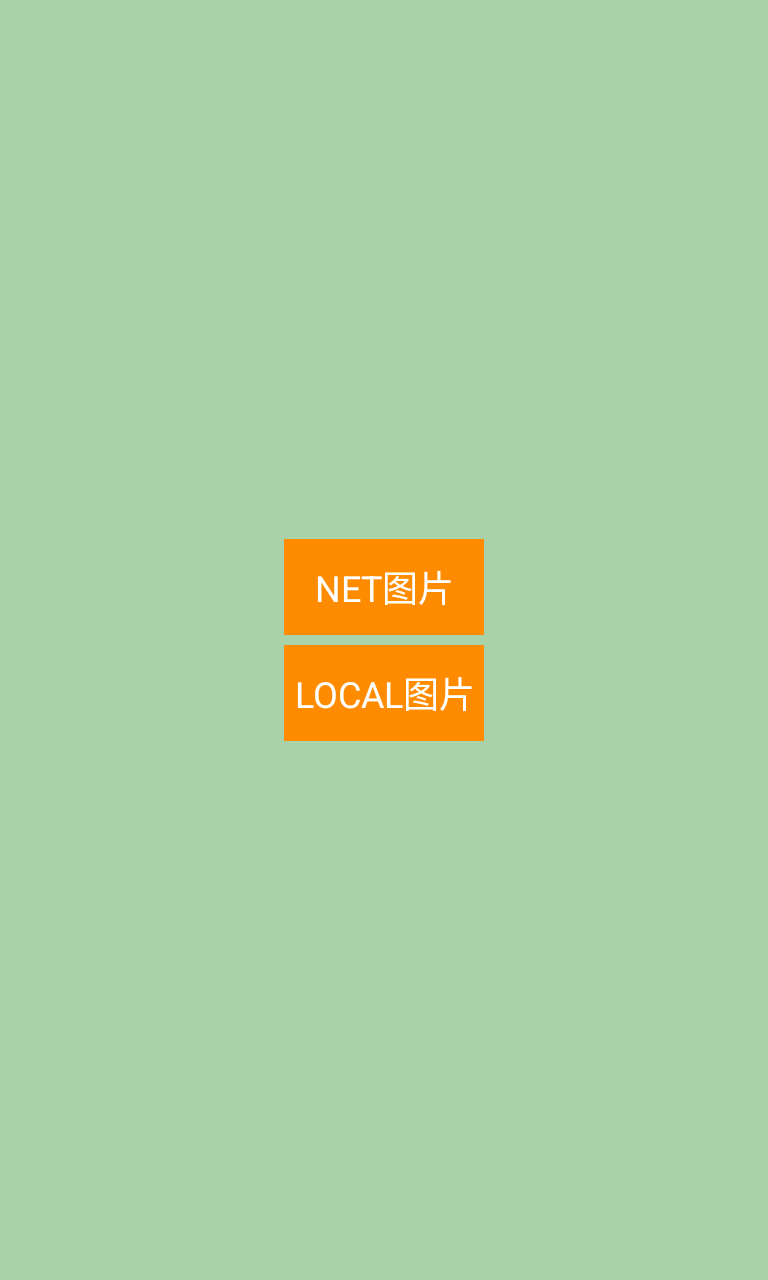
Repository: taiyang0725/Android
Layout: TestViewPage/res/layout/b.xml
These files come from the project's save history. The layout is drawn as it stood at one moment and after the next save; the edit follows.
It is drawn on a 768 x 1280 px phone screen (xhdpi) without system bars, with theme AppTheme; the app's code is not run.

Above is the layout before, as saved 2015-05-14 06:56:44.

After the next save:
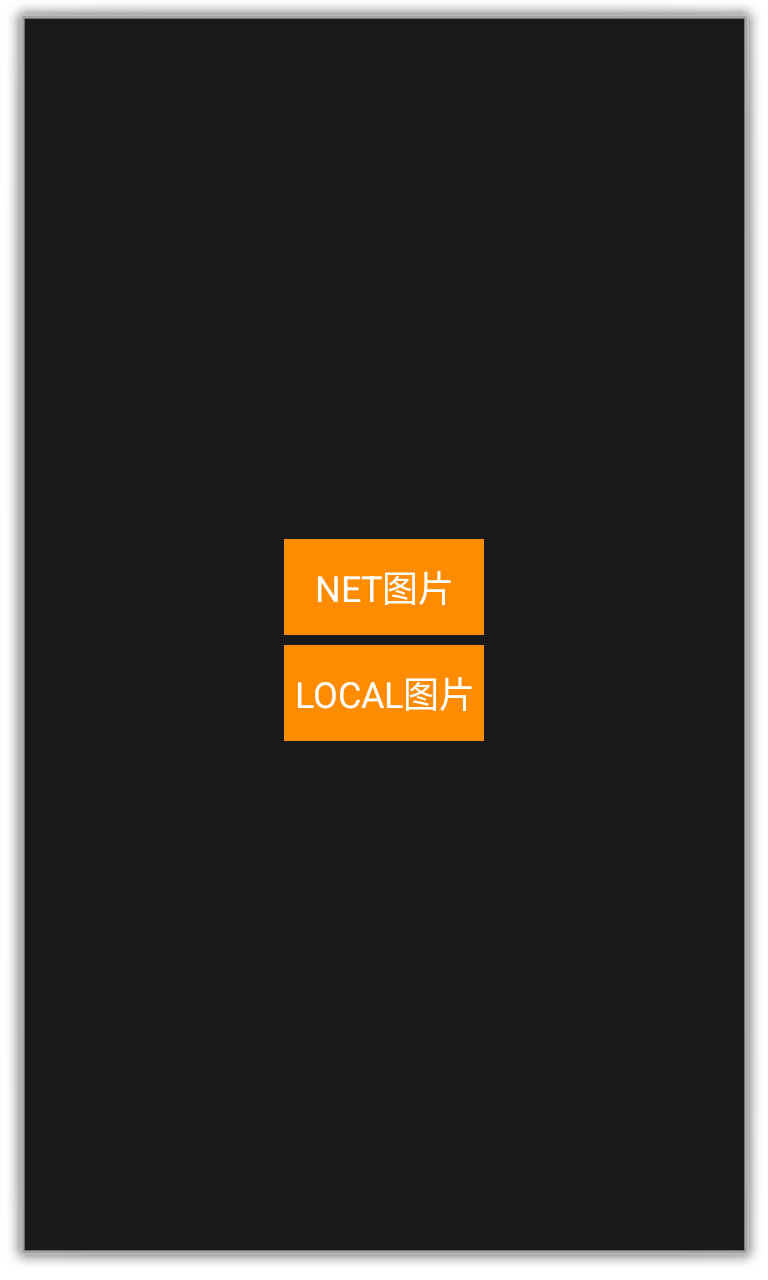
Saved 54 s later.
--- a/TestViewPage/res/layout/b.xml
+++ b/TestViewPage/res/layout/b.xml
@@ -2,7 +2,7 @@
 <RelativeLayout xmlns:android="http://schemas.android.com/apk/res/android"
     android:layout_width="match_parent"
     android:layout_height="match_parent"
-    android:background="#AAD2A8" >
+    android:background="@android:drawable/alert_dark_frame" >
 
    <LinearLayout
        android:layout_width="wrap_content"
